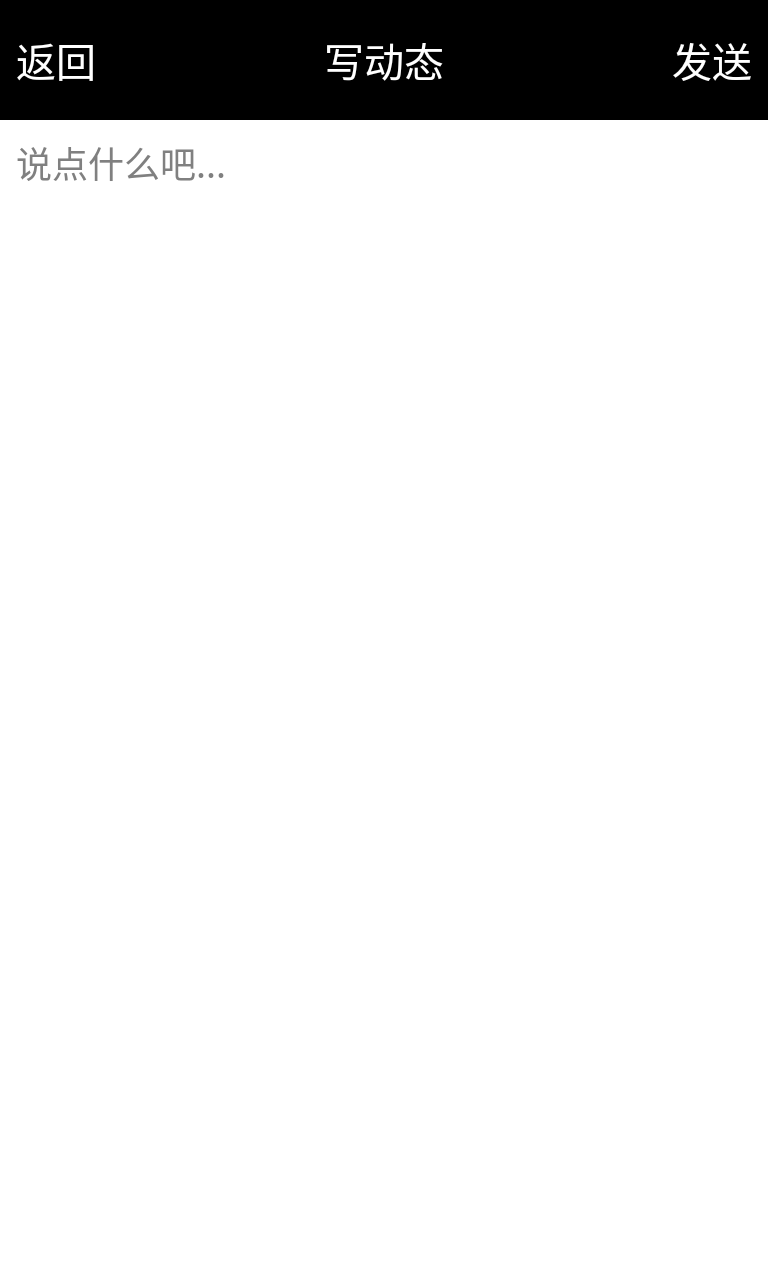
Repository: fatio/Nower
Layout: Android_Client_Source/EnjoyIt/res/layout/activity_send_shows.xml
An editor plug-in stored every save of this project. The layout is shown before and after the next save, followed by the edit.
Pictures or frames that could not be fetched are drawn as grey boxes. It is drawn on a 768 x 1280 px phone screen (xhdpi) without system bars, with theme AppTheme; the app's code is not run. Lists and similar views that code fills are empty.

Above is the layout before, as saved 2015-12-26 18:57:14.

After the next save:
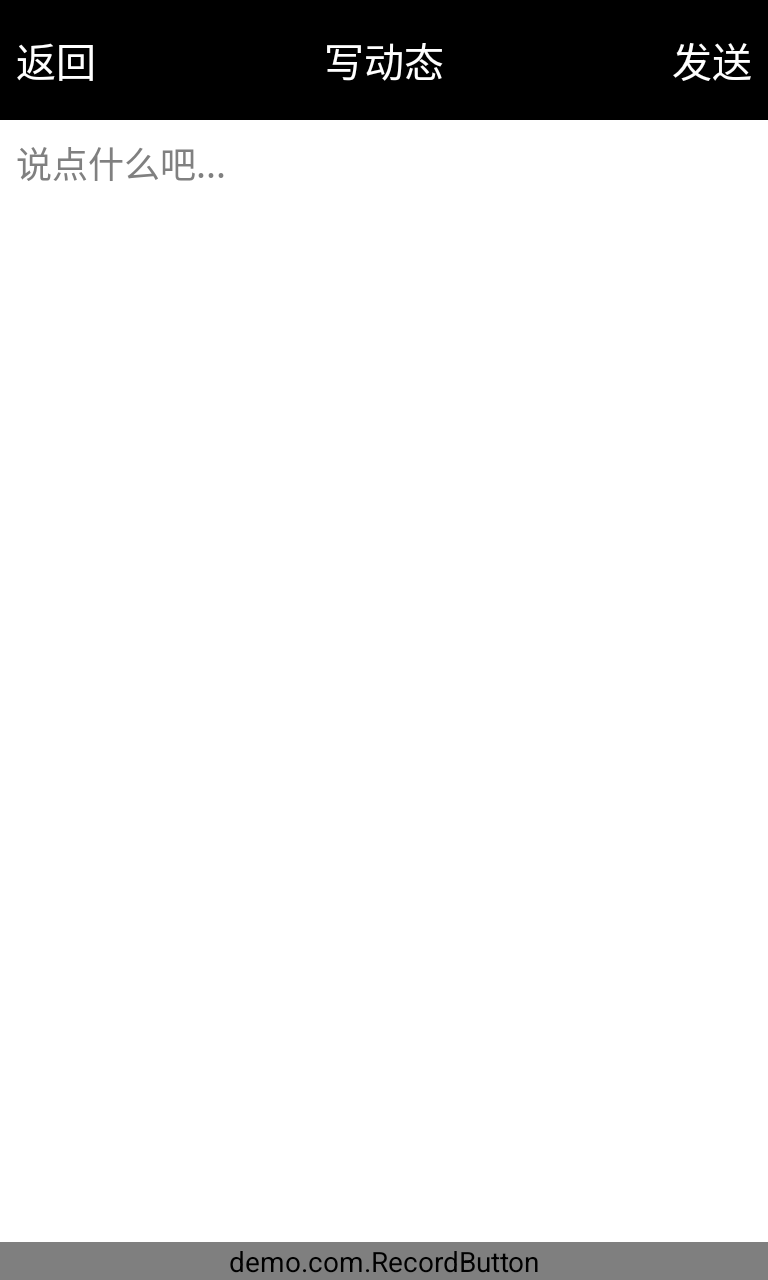
Saved 7 min 59 s later.
--- a/Android_Client_Source/EnjoyIt/res/layout/activity_send_shows.xml
+++ b/Android_Client_Source/EnjoyIt/res/layout/activity_send_shows.xml
@@ -57,6 +57,7 @@
         android:id="@+id/gv_gridview"
         android:layout_width="290dp"
         android:layout_height="350dp"
+        android:layout_weight="1"
         android:layout_marginLeft="5dp"
         android:horizontalSpacing="3dp"
         android:numColumns="4"
@@ -64,4 +65,18 @@
         android:verticalSpacing="5dp" >
     </GridView>
 
+    <FrameLayout
+        android:layout_width="fill_parent"
+        android:layout_height="wrap_content"
+        >
+
+        <demo.com.RecordButton
+            android:id="@+id/record_button"
+            android:layout_width="fill_parent"
+            android:layout_height="wrap_content"
+            android:layout_gravity="bottom|center_horizontal"
+            android:textColor="@drawable/text_while"
+            android:text="按住录音" />
+    </FrameLayout>
+
 </LinearLayout>
